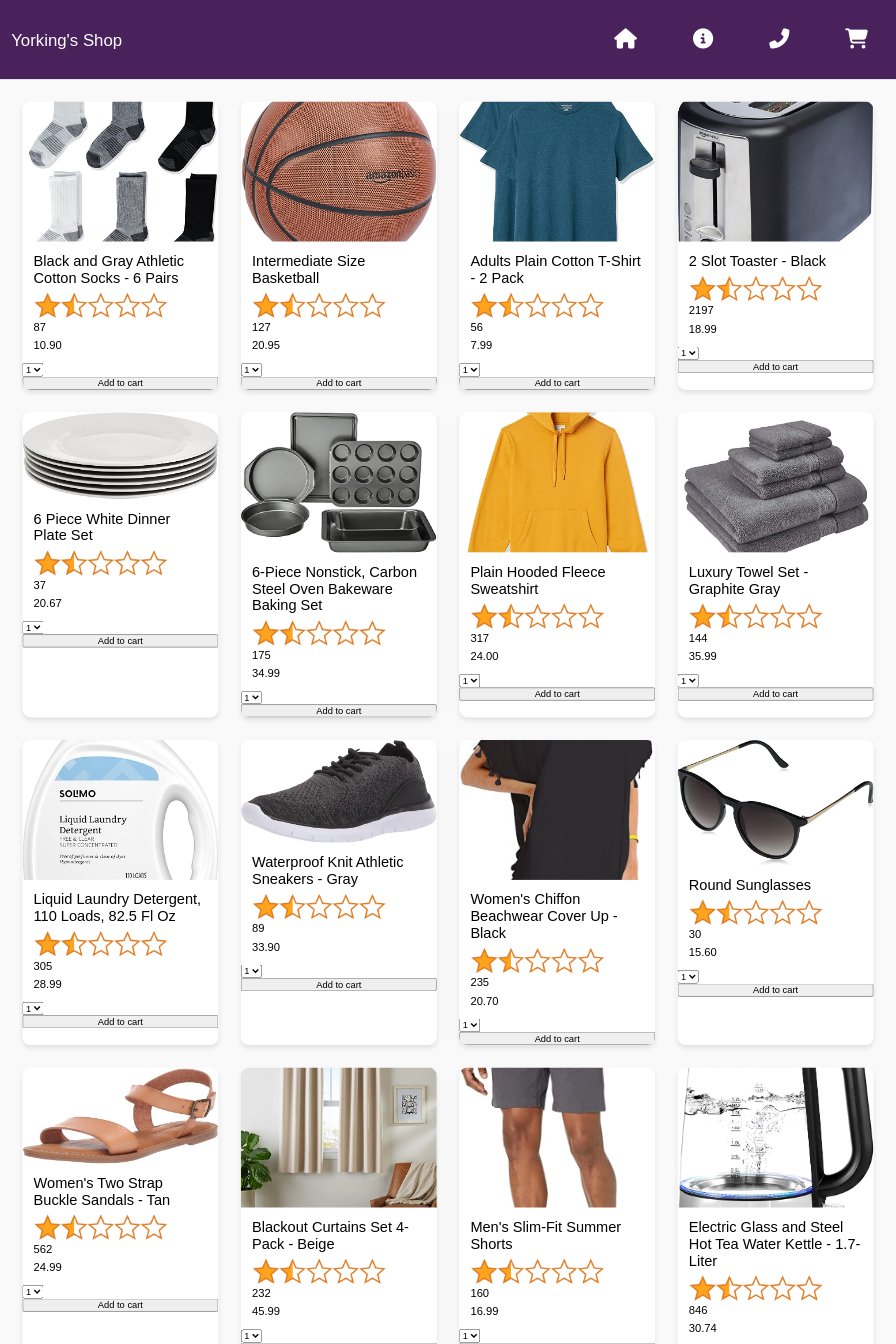
Repository: yorkings/eccomerce-website-in-js
Page: index.html
These files come from the project's save history. The page is drawn as it stood at one moment and after a run of saves; the edit follows.
The browser window is 1280 px wide. The pictures show the part of the page from y = 0 to 1920 px (the page is 5104 px tall before and 4840 px after), at 70% of full size.
Some web libraries are served in a nearby version.

Above is the page before, as saved 2025-05-24 17:21:35.

After the next 2 saves:
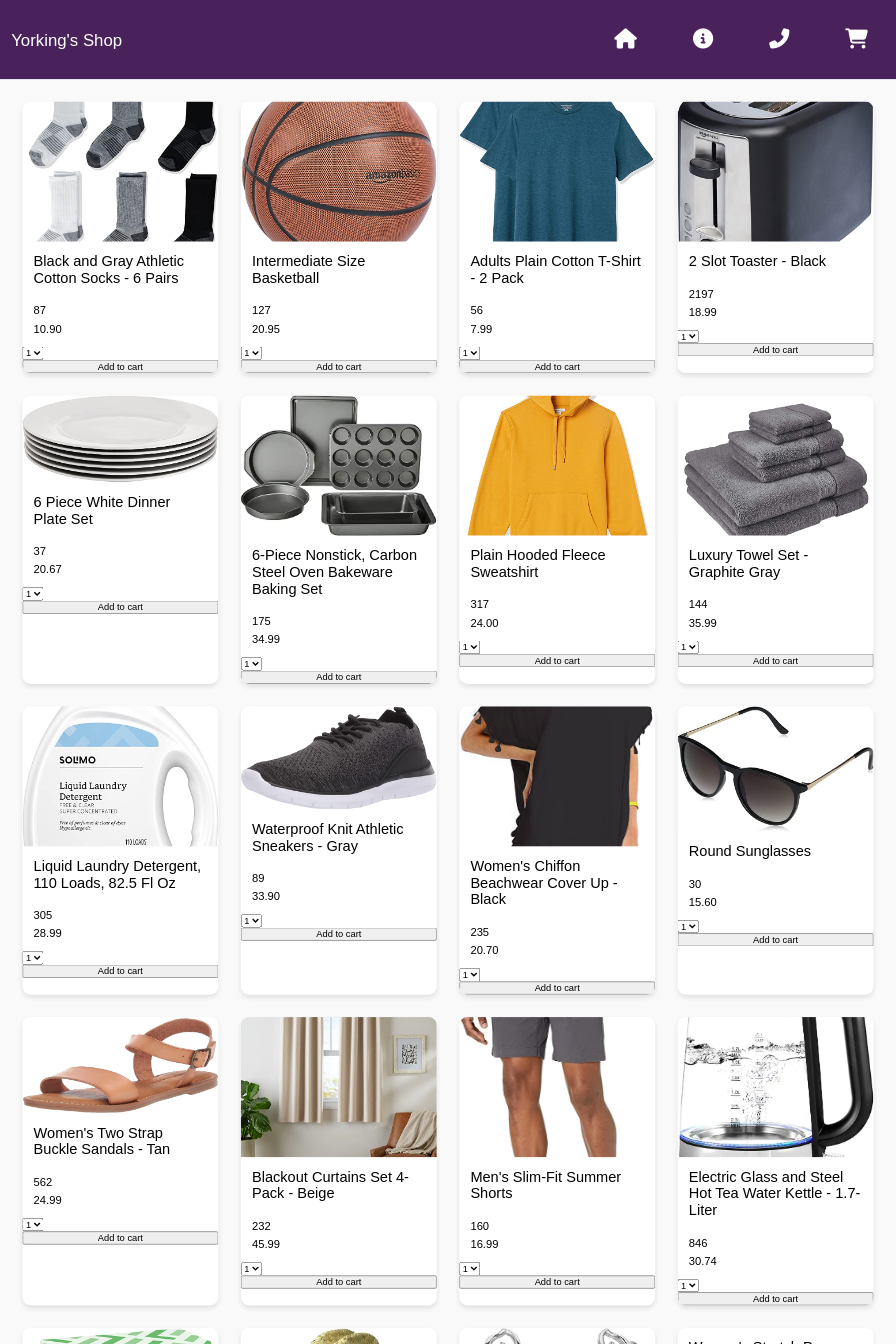
The 2 saves are shown as one change because they came seconds apart.
The last was saved 54 s later.
--- a/shop.js
+++ b/shop.js
@@ -10,7 +10,7 @@
          <div class="content">
             <p class="item-name">${product.name}</p>
             <div class="rating">
-                <img src='./images/ratings/rating-15.png' alt="" class="rate-image">
+                <img src='' alt="" class="rate-image">
                 <p class="counts">${product.rating.count}</p>
             </div>
             <p class="price">${(product.priceCents/100).toFixed(2)}</p>
